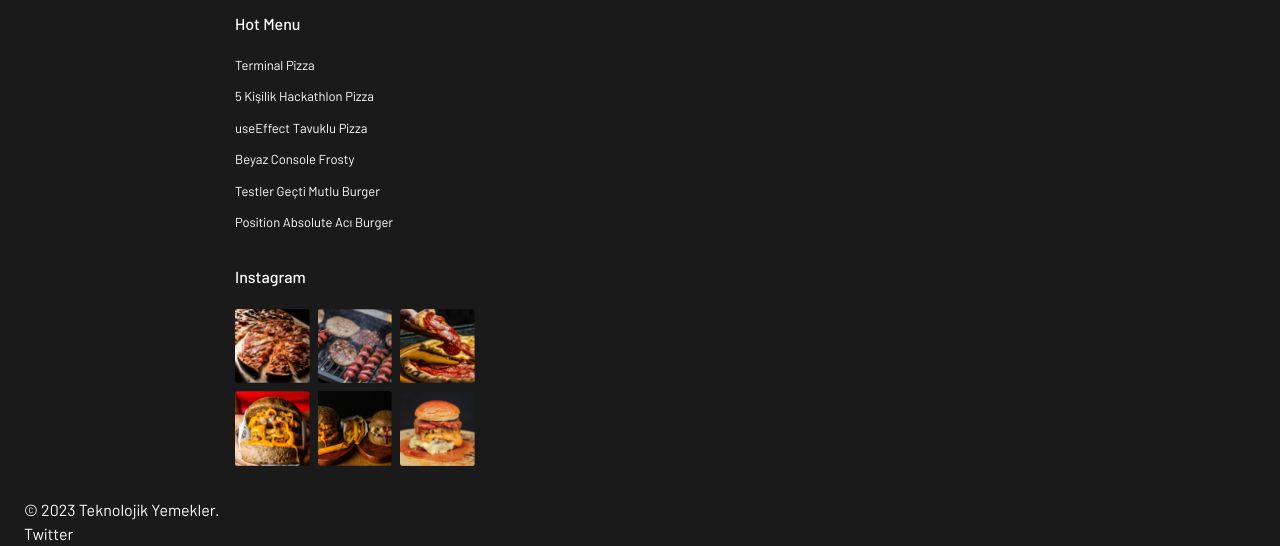
Repository: GozdeAybey/Pizza-HTML-CSS
Page: index.html
An editor plug-in stored every save of this project. The page is shown before and after the next save, followed by the edit.
The browser window is 1280 px wide. The pictures show the part of the page from y = 2910 to 3467 px (the page is 3456 px tall before and 3467 px after).
A picture or video elsewhere on the page could not be fetched, so the positions and the page height are approximate. Some web fonts or font styles are not loaded; a fallback is used.

Above is the page before, as saved 2026-10-28 15:41:04.

After the next save:
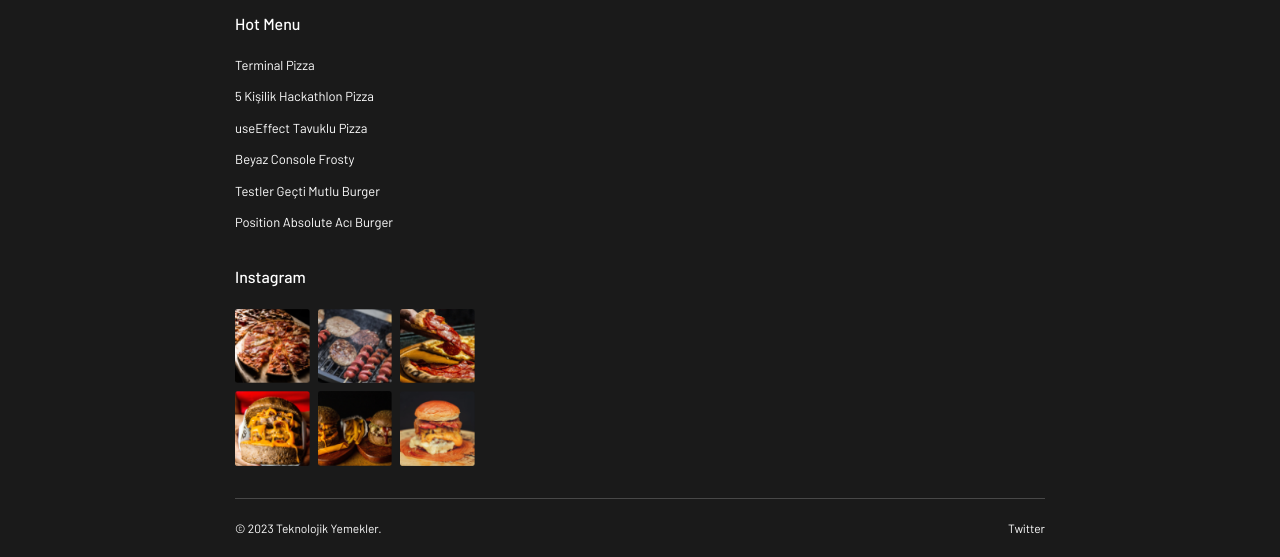
Saved 14 s later.
--- a/style.css
+++ b/style.css
@@ -308,6 +308,16 @@ a {
   gap: 8px;
   max-width: 240px;
 }
+.altbilgi-alt {
+  display: flex;
+  justify-content: space-between;
+  align-items: center;
+  max-width: 810px;
+  margin: 0 auto;
+  padding: 20px 0;
+  border-top: 1px solid rgba(255, 255, 255, 0.2);
+  font-size: 12px;
+}
 /* ---------- Geniş ekran ---------- */
 @media (min-width: 768px) {
   .kapak {
